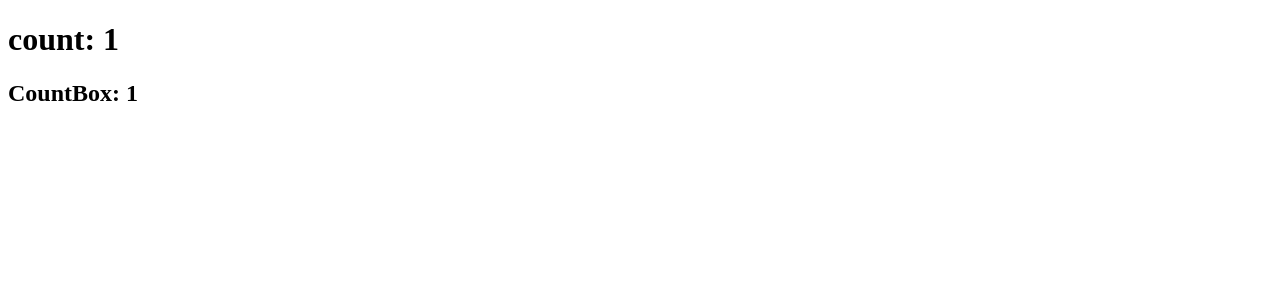
Repository: kkhhjjoo/zustand-counter
Page: /
An editor plug-in stored every save of this project. The page is shown before and after the next save, followed by the edit.
The browser window is 1280 px wide. The pictures show the whole page.
The project was rebuilt for these pictures with package versions that can differ from the ones it lists, and the page was loaded fresh each time. Also part of the build but not shown: vite.config.js, src/index.css.

Above is the page before, as saved 2026-04-04 09:24:43.

After the next save:
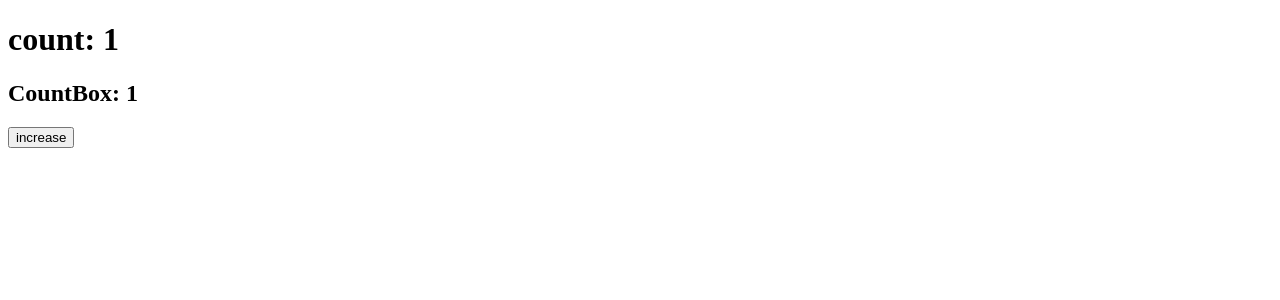
Saved 64 s later.
--- a/src/components/CountBox.jsx
+++ b/src/components/CountBox.jsx
@@ -6,6 +6,7 @@
   return (
     <div>
       <h2>CountBox: {count}</h2>
+      <button>increase</button>
     </div>
   )
 }

After the save that followed:
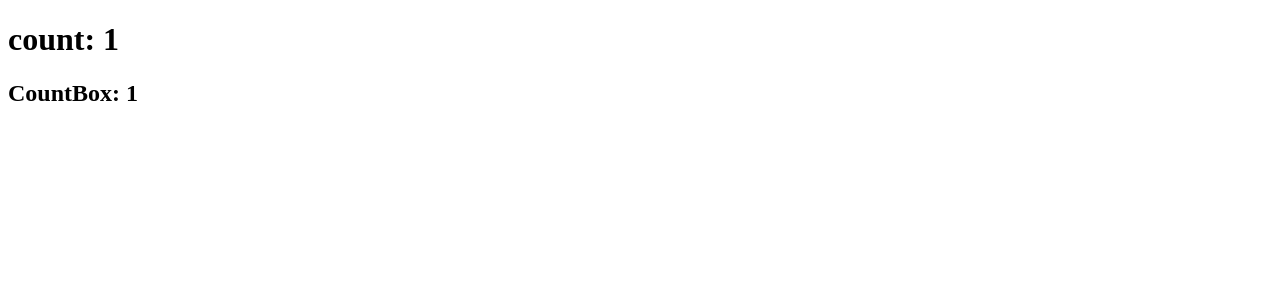
Saved 14 s later.
--- a/src/components/CountBox.jsx
+++ b/src/components/CountBox.jsx
@@ -6,7 +6,6 @@
   return (
     <div>
       <h2>CountBox: {count}</h2>
-      <button>increase</button>
     </div>
   )
 }
